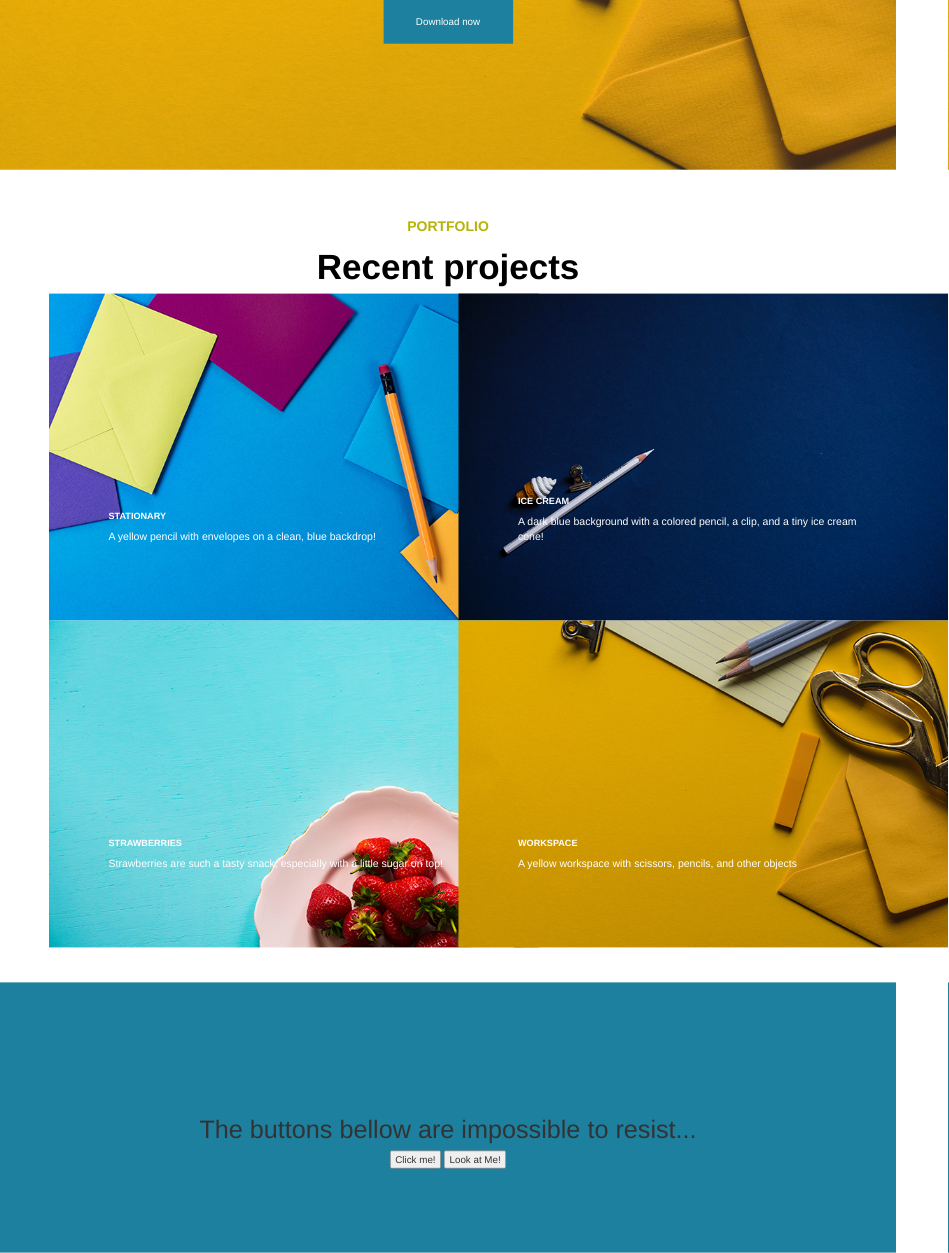
Repository: codin-full-stack/tomasz
Page: http://localhost/tomasz/portfolio/index.php
These files come from the project's save history. The page is drawn as it stood at one moment and after the next save; the edit follows.
The browser window is 1280 px wide. The page is 1355 px wide, so the pictures cover 1355 px, including what lies to the right of the window. The pictures show the part of the page from y = 2188 to 4028 px (the page is 3978 px tall before and 4028 px after), at 70% of full size.
Some web libraries are served in a nearby version. The page is run by PHP 8.4 with error messages shown; the project is at /var/www/html/.

Above is the page before, as saved 2018-10-23 09:27:21.

After the next save:
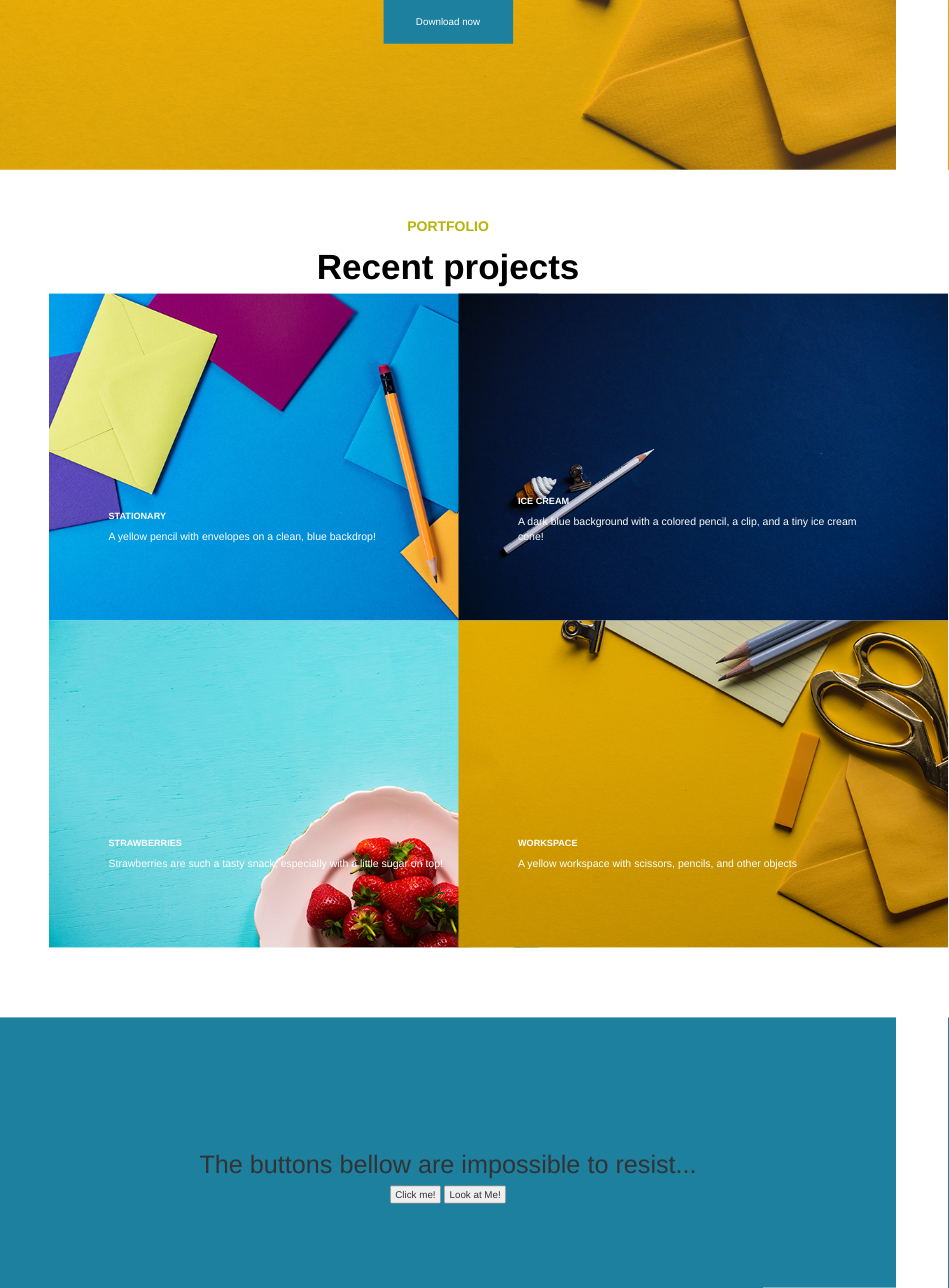
Saved 9 s later.
--- a/portfolio/styles.css
+++ b/portfolio/styles.css
@@ -31,7 +31,7 @@ body {
     background-size: cover;
 }
 .fifth {
-    padding-bottom: 50px;
+    padding-bottom: 100px;
 
 }
 .seventh {
